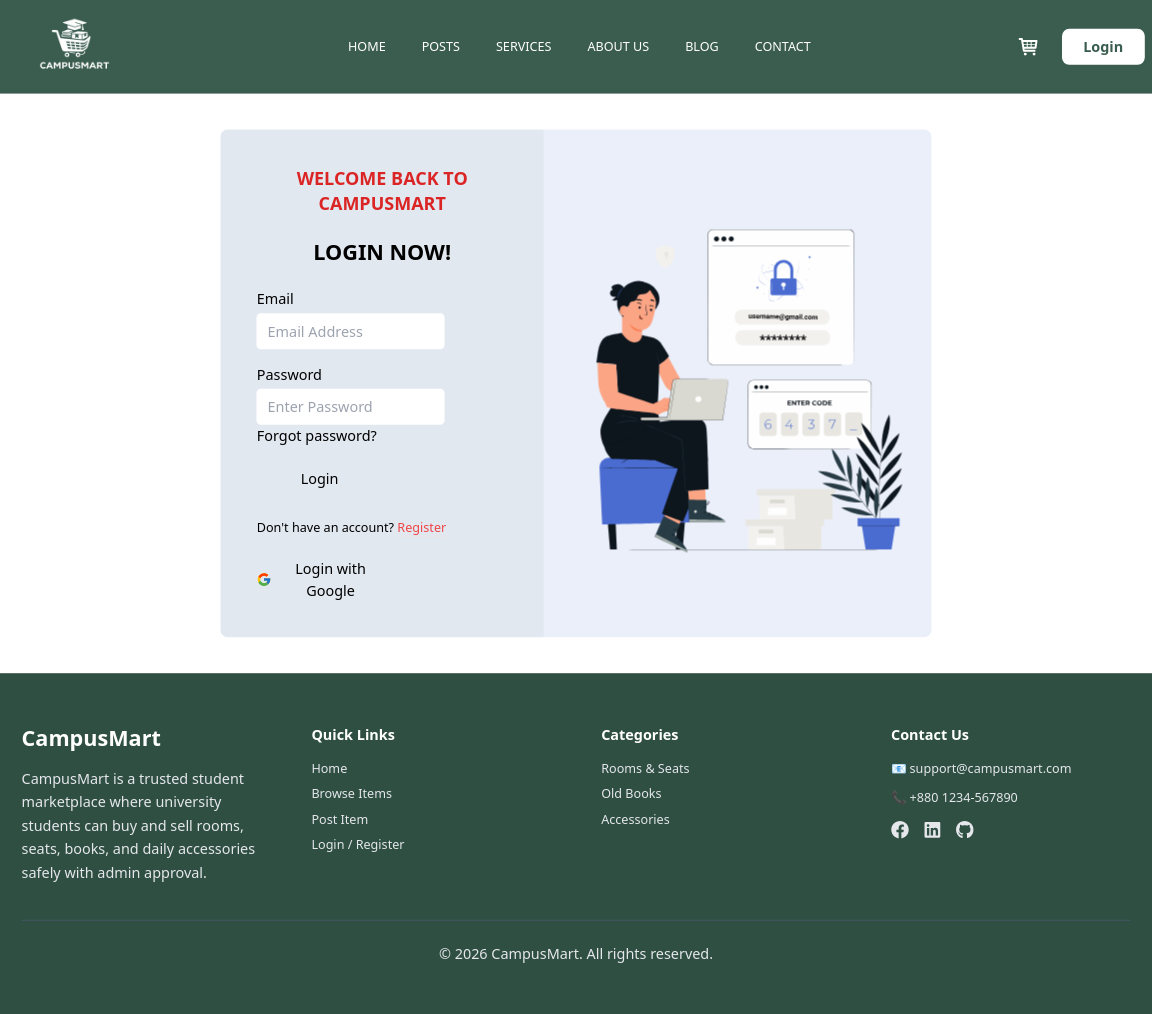
Repository: jahidhasanri/CAMPUSMART
Page: /login
The author's editor kept a copy of each file at every save. The page is drawn from the files as they stood at one save, then again after the next save.
The browser window is 1280 px wide. The pictures show the whole page, at 90% of full size.
The project was rebuilt for these pictures with package versions that can differ from the ones it lists, and the page was loaded fresh each time. Also part of the build but not shown: vite.config.js, src/components/Banner.jsx, src/Pages/Home.jsx, src/Pages/Register.jsx.

Above is the page before, as saved 2026-01-13 23:21:53.

After the next save:
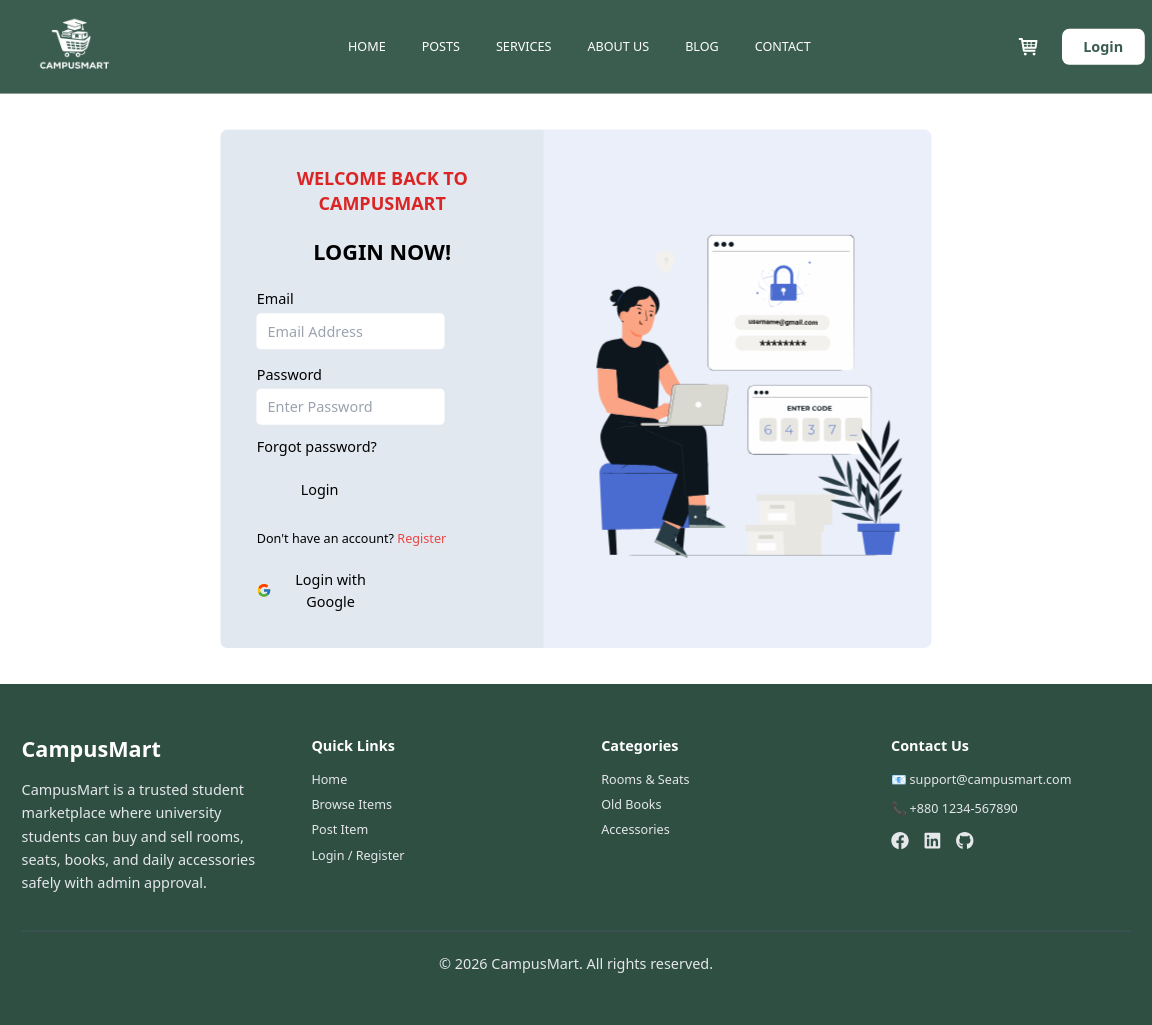
Saved 12 s later.
--- a/src/Pages/Login.jsx
+++ b/src/Pages/Login.jsx
@@ -106,7 +106,7 @@
             type="password"
             name="password"
             placeholder="Enter Password"
-            className="input input-bordered w-full h-10 mt-1 rounded-[5px] pl-3 lg:w-9/12 bg-white border-gray-300 "
+            className="input input-bordered w-full h-10 mt-1 mb-3 rounded-[5px] pl-3 lg:w-9/12 bg-white border-gray-300 "
             required
           />
           </div>
